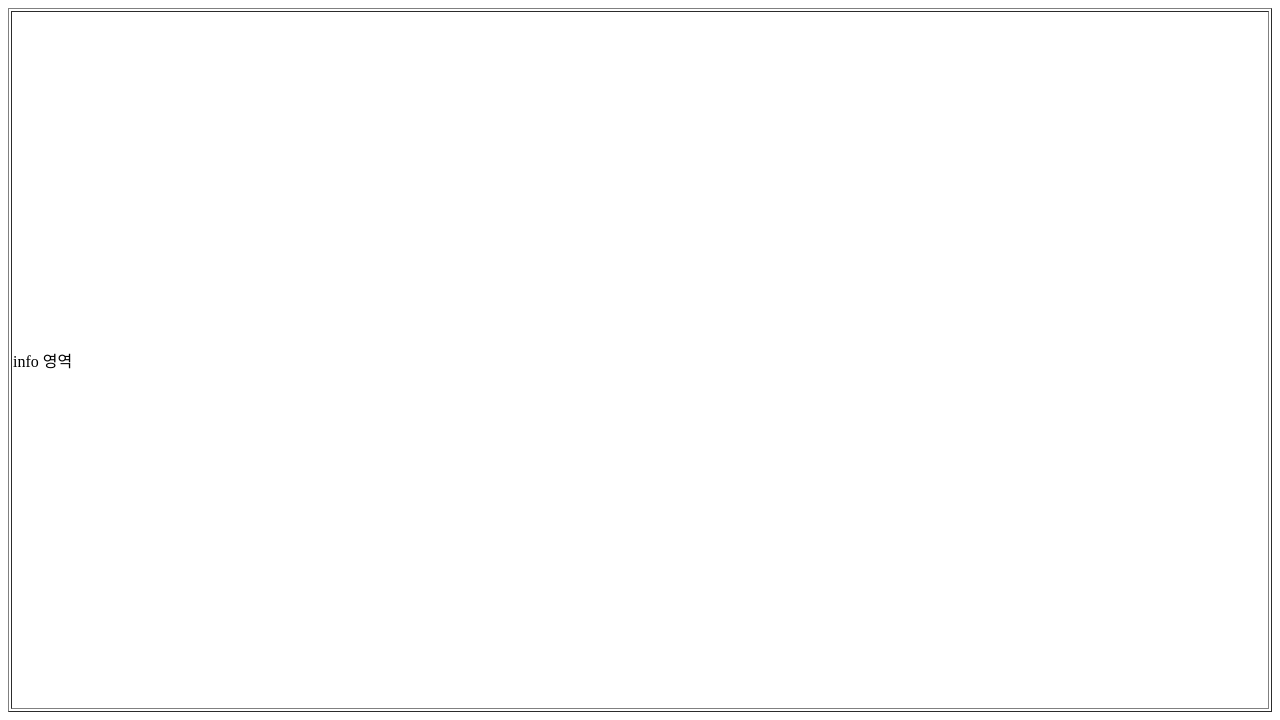
Repository: Soyeonthdus/workspace_java
Page: http://localhost/chat221228/ajax/news/info.jsp
These files come from the project's save history. The page is drawn as it stood at one moment and after the next save; the edit follows.
The browser window is 1280 px wide. The pictures show the whole page.
The page is served by Tomcat 9.

Above is the page before, as saved 2023-02-10 02:38:22.

After the next save:
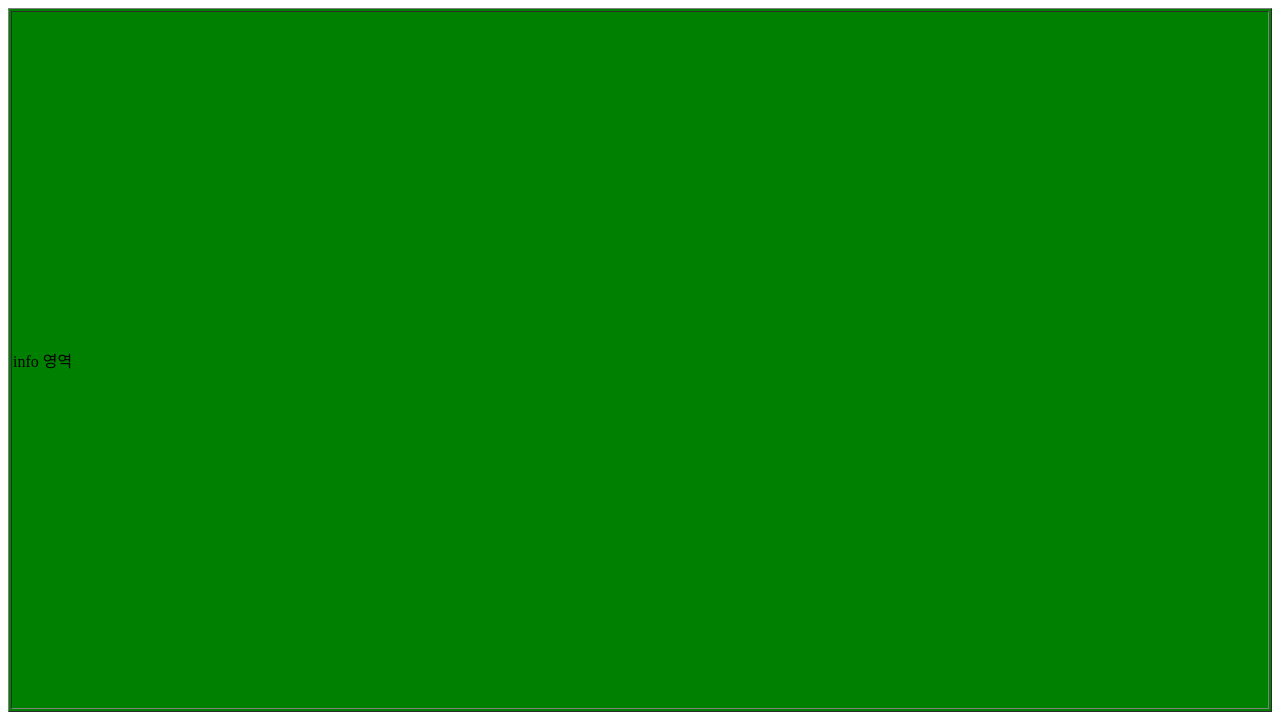
Saved 48 s later.
--- a/chat221228/src/main/webapp/ajax/news/info.jsp
+++ b/chat221228/src/main/webapp/ajax/news/info.jsp
@@ -1,6 +1,6 @@
 <%@ page language="java" contentType="text/html; charset=UTF-8"
     pageEncoding="UTF-8"%>
-          <table border="1" width="100%" height="100%"  style "background-color=green ; ">
+          <table border="1" width="100%" height="100%"  style = "background-color:green">
             <tr>
               <td>info 영역</td>
             </tr>
